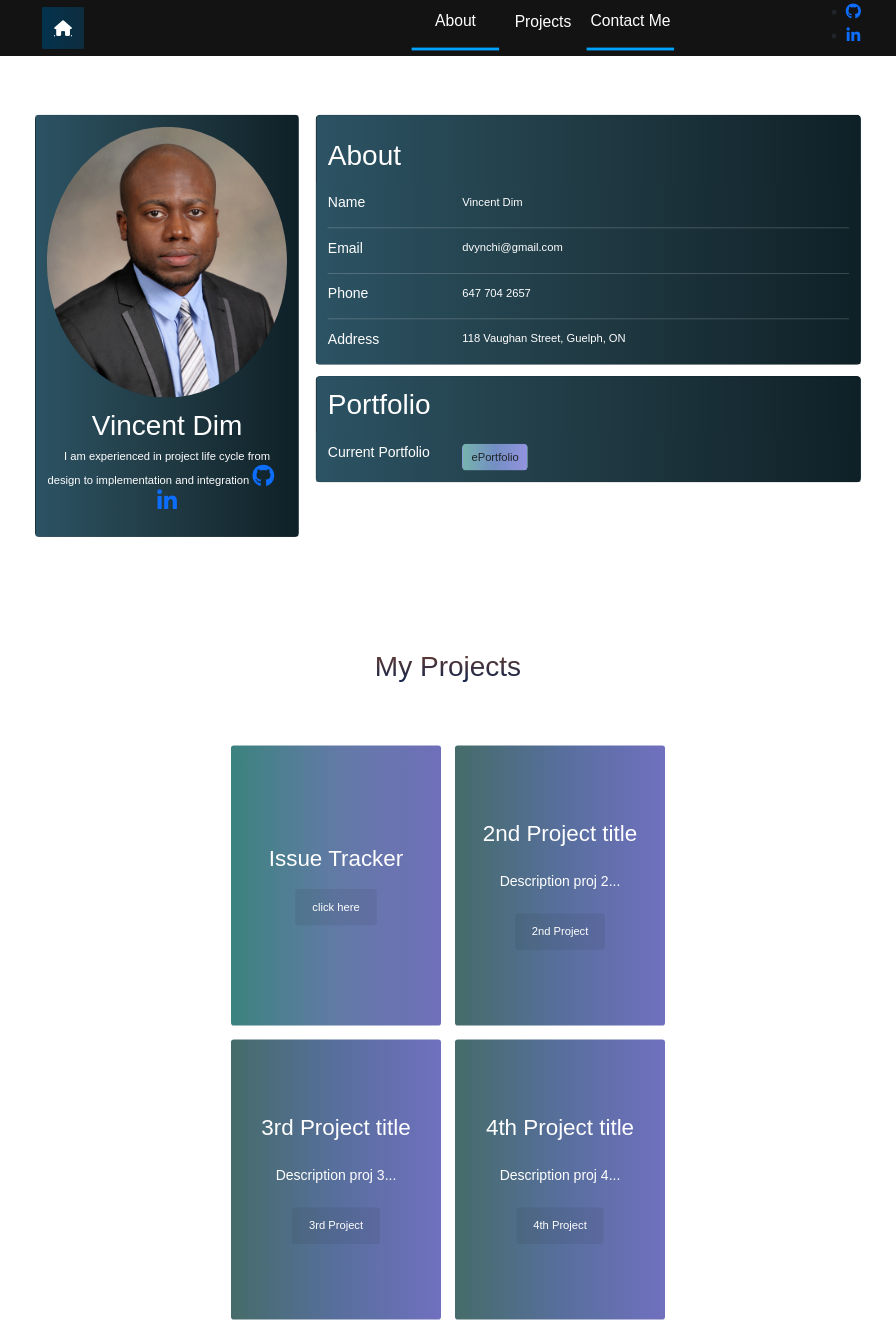
Repository: dvynchi/profile-2022
Page: index.html
The author's editor kept a copy of each file at every save. The page is drawn from the files as they stood at one save, then again after the next save.
The browser window is 1280 px wide. The pictures show the part of the page from y = 0 to 1920 px (the page is 2687 px tall), at 70% of full size.
Some web libraries are served in a nearby version.

Above is the page before, as saved 2022-08-23 14:31:36.

### index.html
<!DOCTYPE html>
<html lang="en">
<head>
    <meta charset="UTF-8">
    <meta http-equiv="X-UA-Compatible" content="IE=edge">
    <meta name="viewport" content="width=device-width, initial-scale=1.0">
    <title>Vincent Dim</title>
    <!-- embed remote icon library -->
    <script src="https://kit.fontawesome.com/f634dfbd28.js" crossorigin="anonymous"></script>
    <link rel="stylesheet" href="styles.css">
    <!-- embed remote style sheet - bootstrap -->
    <link rel="stylesheet" href="https://cdn.jsdelivr.net/npm/bootstrap@5.2.0/dist/css/bootstrap.min.css" rel="stylesheet" integrity="sha384-gH2yIJqKdNHPEq0n4Mqa/HGKIhSkIHeL5AyhkYV8i59U5AR6csBvApHHNl/vI1Bx" crossorigin="anonymous">
</head>

<body>

    <!-- Navbar Section -->

    <nav class="nav">
        <div class="navbar_container">
            <a href="#about" id="navbar_logo"><i class="fa fa-home fa" aria-hidden="true"></i></a>  <!--<a> is used to create hyperlink named color-->

                <!--create hamburger menu (3 bars)-->
            <div class="navbar_toggle" id="mobile-menu">
                <span class="bar"></span>
                <span class="bar"></span>
                <span class="bar"></span>
            </div>

            <!--CREATE NAV MENU-->
            <ul class="navbar_menu">
                <li class="navbar_item">
                    <a href="#about" class="navbar_links" id="about-page">About</a>
                </li>
                <li class="navbar_item">
                    <a href="#projects" class="navbar_links" id="projects-page">Projects</a>
                </li>
                <li class="navbar_item">
                    <a href="#contact" class="navbar_links" id="contact-page">Contact Me</a>
                </li>
            </ul>

            <!-- GitHub and Linkedin -->
            <ul class="icons">
                <li><a href="https://github.com/dvynchi/" class="github-icon"><span class="fa-brands fa-github"></span></a></li>
                <li><a href="https://www.linkedin.com/in/vincentdim/" class="linkedin-icon"><span class="fa-brands fa-linkedin-in"></span></a></li>
            </ul>
        </div>
    </nav>

    <!-- ABOUT and SIDEBAR -->
    <div class="main" id="about">
        <div class="main_container">
             <!-- SIDE BAR SECTION -->
             <div class="row">
                <div class="col-md-4 mt-1">
                    <div class="card text-center sidebar">
                        <div class="card-body">
                            <img src="./images/profile-pic-crop.png" class="rounded-circle" width="315" alt="profile picture">
                            <div class="mt-3">
                                <h3>Vincent Dim</h3>
                                <!-- <h2>Web Developer</h2> -->
                                <p> I am experienced in project life cycle from design to implementation and integration
                                    <a href="https://github.com/dvynchi/" class="github-icon"><span class="fa-brands fa-github fa-2x"></span></a>
                                    <a>&nbsp&nbsp&nbsp</a>
                                    <a href="https://www.linkedin.com/in/vincentdim/" class="linkedin-icon"><span class="fa-brands fa-linkedin-in fa-2x"></span></a>
                                </p>
                            </div>
                        </div>
                    </div>
                </div>
                <!-- ABOUT SECTION -->
                <div class="col-md-8 mt-1">
                    <div class="card mb-3 content">
                        <h1 class="m-3 pt-3">About</h1>
                        <div class="card-body">
                            <div class="row">
                                <div class="col-md-3"><h5>Name</h5></div>
                                <div class="col-md-9"> Vincent Dim </div>
                            </div>
                            <hr> <!-- line break -->

                            <div class="row">
                                <div class="col-md-3"><h5>Email</h5></div>
                                <div class="col-md-9"> dvynchi@gmail.com</div>
                            </div>
                            <hr> <!-- line break -->

                            <div class="row">
                                <div class="col-md-3"><h5>Phone</h5></div>
                                <div class="col-md-9">647 704 2657</div>
                            </div>
                            <hr> <!-- line break -->

                            <div class="row">
                                <div class="col-md-3"><h5>Address</h5></div>
                                <div class="col-md-9">118 Vaughan Street, Guelph, ON</div>
                            </div>
                        </div>
                    </div>

                    <div class="card mb-3 content">
                        <h1 class="m-3">Portfolio</h1>
                        <div class="card-body">
                            <div class="row">
                                <div class="col-md-3">
                                    <h5>Current Portfolio</h5>
                                </div>
                                <div class="col-md-9">
                                    <a class="btn" href="https://drive.google.com/file/d/1sKFhM-arx19VCDvBgE4qauaddv_2z7kX/view?usp=sharing" role="button">ePortfolio</a>
                                </div>
                            </div>
                        </div>
                    </div>
                </div>
            </div>
        </div>
    </div>


    <!-- PROJECTS SECTION (use image tag in place of p to insert an image)-->

    <div class="projects" id="projects">
        <h1>My Projects</h1>
        <div class="projects_wrapper">

            <div class="projects_card">
                <h2>Issue Tracker</h2>
                <!-- <p>Description proj 1...</p> -->
                <div class="projects_btn"><button onclick="location.href='https://dvynchi.github.io/issue-tracker/'" type="button">click here</button></div>
            </div>
            <!-- ------------------------- -->
            <div class="projects_card">
                <h2>2nd Project title</h2>
                <p>Description proj 2...</p>
                <div class="projects_btn"><button>2nd Project</button></div>
            </div>
            <!-- ------------------------- -->
            <div class="projects_card">
                <h2>3rd Project title</h2>
                <p>Description proj 3...</p>
                <div class="projects_btn"><button>3rd Project</button></div>
            </div>
            <!-- ------------------------- -->
            <div class="projects_card">
                <h2>4th Project title</h2>
                <p>Description proj 4...</p>
                <div class="projects_btn"><button>4th Project</button></div>
            </div>
        </div>
    </div>

    <!-- CONTACT SECTION (use image tag in place of p to insert an image)-->

    <div class="main" id="contact">
        <div class="main_container">
            <div class="main_content">
                <div class="container mt-5">
                    <h1>Contact Me</h1>
                    <!-- ----------- start grid (divide one row into cols)  Max container width is 12----------->
                    <!-- ----------- cols 1 + 2 = 100% , cols 3 + 4 = 100% ------->
                    <!-- ----------- 'required' ensures field must be filled --------->
                    <form class="row g-3" action="https://formsubmit.co/dvynchi@gmail.com" id="my_form"   method="POST">

                        <!-- Honeypot -->
                        <input type="text" name="_honey" style="display: none">
                        <!-- Success Page -->
                        <input type="hidden" name="_next" value="https://dvynchi.github.io/profile-2022/success.html">

                        <!-----------col1--medium column of 50% (ie: 6/12)--------->
                        <div class="col-md-6">
                            <label for="firstName" class="form-label">First Name</label>
                            <input type="text" class="form-control"  name="name" id="firstName" required>
                        </div>
                        <!---------------------col2 (ie: 6/12) ------------------------------>
                        <div class="col-md-6">
                            <label for="lastName" class="form-label">Last Name</label>
                            <input type="text" class="form-control" name="Last Name" id="lastName" required>
                        </div>
                        <!-- ---------------------- col3 wider (8/12) ----------------->
                        <div class="col-md-8">
                            <label for="emailInfo" class="form-label">Email</label>
                            <input type="email" class="form-control" name="email" id="emailInfo" required>
                        </div>
                        <!-- ---------------------- col4 wider (4/12) ----------------->
                        <div class="col-md-4">
                            <label for="phoneNumber" class="form-label">Phone</label>
                            <input type="text" class="form-control" name="phone" id="phoneNumber" placeholder="+1 (519) 123-4567">
                        </div>
                        <!-- -------- comments box is full width of the container ------>
                        <div class="col-md-12">
                            <label for="message" class="form-label">Message</label>
                            <textarea class="form-control" id="message" name="message" rows="3" required></textarea>
                        </div>
                        <!-- -------- Button ------>
                        <div class="col-md-12">
                            <!-- <button class="submit" id="btn btn-primary">Submit</button> -->
                            <!-- Had to use <a> so hover effect won't cover text. BUT THE FORM DOESN'T CLEAR-->
                            <button class="submit" id="btn btn-primary"><a> Submit</a></button>
                        </div>

                    </form>
                </div>
            </div>
        </div>
    </div>

    <!-- link app.js -->
    <!-- script tag is used to embed javascript-->
    <script src="app.js"></script>
</body>
</html>

### styles.css
* {
    box-sizing: border-box;
    margin: 0;
    padding: 0;
    font-family: 'Kumbh Sans', sans-serif;
    scroll-behavior: smooth;
}


/******************************************* NAV SECTION ***********************************************/
.nav {
    background: #131313;   /* Hex code */
    height: 80px;
    display: flex;
    justify-content: center;
    align-items: center;
    font-size: 1.4rem;        /* 1.4 * 16px */
    position: sticky;
    top: 0;
    z-index: 999;             /* so navbar is always on top when scrolling */
}

.navbar_container {
    display: flex;
    justify-content: space-between;
    text-align: center;
    height: 80px;
    z-index: 1;
    width: 100%;
    max-width: 1300px;
    margin: 0 auto ;           /* (top and bottom) (left and right) */
    padding: 0 50px;
}


/* id(#) is used to style only one element on the webpage */
/* class(.) is used to style multiple elements */


/* I added an icon as opposed to text */

#navbar_logo {
    margin: 10px;
    height: 60px;
    width: 60px;
    border-radius: 2px;
    display: flex;
    flex-direction: column;
    justify-content: center;
    color: #fff;
    background-image: linear-gradient(to right, #03324e 0%, #0e2d3e 100%);
}

.navbar_menu {
    display: flex;
    align-items: center;
    list-style: none;
}

.navbar_item {
    height: 80px;
}

.navbar_links {
    color: #fff;
    display: flex;
    align-items: center;
    justify-content: center;
    width: 125px;
    text-decoration: none;
    height: 100%;
    transition: all 0.3s ease;
}

/*Home icon properties*/
.navbar_btn {
    display: flex;
    justify-content: center;
    align-items: center;
    padding: 0 1rem;                         /* top bottom, left right */
    width: 100%;
}

/* nav links glow upon hover */
.navbar_links:hover {
    color:#1176b9;
    transition: all 0.3s ease;
}

/* RESPONSIVENESS */
/* site adjusts width of display */
/* If [device width] is less than or equal to max-width do {..} */

@media screen and (max-width: 960px) {
    .navbar_container {
        display: flex;
        justify-content: space-between;
        height: 80px;
        z-index: 1;
        width: 100%;
        max-width: 1300px;
        padding: 0;
    }

    /* DROPDOWN PROPERTIES */
    .navbar_menu {
        display: grid;
        grid-template-columns: auto;
        margin: 0;
        width: 100%;
        position: absolute;
        top: -1000px;               /* Prevents navbar from clustering together if page is below max-width. Must be used with position absolute */
        opacity: 1;
        transition: all 0.5s ease;
        z-index: -1;
    }

    .navbar_menu.active {
        background: #131313;
        top: 100%;
        opacity: 1;
        transition: all 0.5s ease;
        z-index: 99;
        height: 40vh;
        font-size: 1.6rem;
    }

    #navbar_logo {
        padding-left: 1px;       /* home button - originally 25px */
    }

    /* HAMBURGER SECTION */

    .navbar_toggle .bar {
        width: 25px;
        height: 3px;
        margin: 5px auto;
        transition: all 0.3s ease-in-out;
        background: #fff;
    }

    .navbar_item {
        width: 100%;
    }

    .navbar_links {
        text-align: center;
        padding: 2rem;
        width: 100%;
        display: table;
    }

    .navbar_btn  {
        padding-bottom: 2rem;
    }

    /* HAMBURGER */

    #mobile-menu  {
        position: absolute;
        top: 20%;
        right: 5%;
        transform: translate(5%, 20%);
    }

    .navbar_toggle .bar {
        display: block;
        cursor: pointer;
    }

    /* hamburger menu animation (see app.js) */
    /* hamburger menu id was defined as 'mobile-menu' in index.html */
    /* rotate bars 1,3; but hide bar 2 */

    #mobile-menu.is-active .bar:nth-child(2)  {
        opacity: 0;
    }
    #mobile-menu.is-active .bar:nth-child(1) {
        transform: translateY(8px) rotate(45deg);
    }
    #mobile-menu.is-active .bar:nth-child(3) {
        transform: translateY(-8px) rotate(-45deg);
    }

}


/* SCROLL ATTRIBUTE - line under nav links*/
.highlight {
    border-bottom: 4px solid rgb(0, 162, 255);
}


/******************************************* SIDEBAR ***********************************************/

.card-body {
    background: #0F2027;
    background: -webkit-linear-gradient(to right, #2C5364, #203A43, #0F2027);
    background: linear-gradient(to right, #2C5364, #203A43, #0F2027);
    height: 100%;
}

.card-body h2, .card-body h3, .card-body p {
    color: #fff;
}

/******************************************* ABOUT SECTION ***********************************************/

.main {
    background-color:  white;
    padding: 5rem 0;                        /* was 10rem, but too much space */
}

.main_container {
    display: grid;
    grid-template-columns: 1fr;      /*original was 1fr 1fr - split into two halves but not enough space */
    align-items: center;
    justify-content: center;
    margin: 0 auto;
    height: 90%;
    z-index: 1;
    width: 100%;
    max-width: 1300px;
    padding: 0 50px;
}

.main_container h3 {
    font-size: 2.5rem;
}

.row {
    color: #fff;
}

.card {
    background: -webkit-linear-gradient(to right, #2C5364, #203A43, #0F2027);
    background: linear-gradient(to right, #2C5364, #203A43, #0F2027);
}


/* Mobile Responsiveness for Sidebar, About and Contact Sections */

@media screen and (max-width: 1300px) {
    main_container
    {
        display: grid;
        grid-template-columns: 1fr;
        align-items: center;
        justify-content: center;
        width: 100%;
        margin: 0 auto;
        height: 90%;
    }

    .main_content  {
        text-align: center;
        margin-bottom: 4rem;
    }

    .main_content h1  {
        font-size: 2.5rem;
        margin-top: 2rem;
    }

    .main_content h2  {
        font-size: 2.5rem;
    }

    .main_content p  {
        font-size: 1rem;
        margin-top: 1.5rem;
    }

    .row img {                                       /* center image with screen change */
        display: grid;
        grid-template-columns: 1fr;
        align-items: center;
        justify-content: center;
        width: 100%;
        margin: 0 auto;
        height: 90%;

    }
}


/******************************************* PROJECTS SECTION ***********************************************/

.projects {
    background: white;
    display: flex;
    flex-direction: column;
    justify-content: center;
    align-items: center;
    height: 100%;
    padding: 5rem 0;                                 /* was 10rem, but too much space */
  }

.projects h1 {
    background-color: #6325a1;
    background-image: linear-gradient(to top, #10234c 0%, #724030 100%);
    background-size: 100%;
    -webkit-background-clip: text;
    -moz-background-clip: text;
    -webkit-text-fill-color: transparent;
    -moz-text-fill-color: transparent;
    margin-bottom: 5rem;
    font-size: 2.5rem;
}

.projects_wrapper {
    display: grid;
    grid-template-columns: 1fr 1fr;     /* add more per new project */
    grid-template-rows: 1fr;
}

/* Add color to each project card */

.projects_card {
    margin: 10px;
    height: 400px;
    width: 300px;
    border-radius: 4px;
    display: flex;
    flex-direction: column;
    justify-content: center;
    color: #fff;
    background-image: linear-gradient(to right,#3b837e, #627aa6, #6f6fb9);
    transition: 0.3s ease-in;
}

.projects_card:nth-child(2) {
    background: #7F7FD5;  /* fallback for old browsers */
    background: -webkit-linear-gradient(to right, #3b837e, #627aa6, #6f6fb9);
    background: linear-gradient(to right, #456c69, #576f9c, #7070bf);
}

.projects_card:nth-child(3) {
    background: #7F7FD5;  /* fallback for old browsers */
    background: -webkit-linear-gradient(to right, #3b837e, #627aa6, #6f6fb9);
    background: linear-gradient(to right, #456c69, #576f9c, #7070bf);
}

.projects_card:nth-child(4) {
    background: #7F7FD5;
    background: -webkit-linear-gradient(to right, #3b837e, #627aa6, #6f6fb9);
    background: linear-gradient(to right, #456c69, #576f9c, #7070bf);
}

.projects_card:nth-child(5) {
    background: #7F7FD5;
    background: -webkit-linear-gradient(to right, #3b837e, #627aa6, #6f6fb9);
    background: linear-gradient(to right, #456c69, #576f9c, #7070bf);
}

.projects_card:nth-child(6) {
    background: #7F7FD5;
    background: -webkit-linear-gradient(to right, #3b837e, #627aa6, #6f6fb9);
    background: linear-gradient(to right, #456c69, #576f9c, #7070bf);
}

.projects_card h2 {
    text-align: center;
}

.projects_card h3 {
    text-align: center;
}

.projects_card p {
    text-align: center;
    margin-top: 24px;
    font-size: 20px;
}

.projects_btn {
    display: flex;
    justify-content: center;
    margin-top: 16px;
}

/* button properties and animation. The entire card is the button */

.projects_card button {
    color: #fff;
    padding: 14px 24px;
    border: none;
    outline: none;
    border-radius: 4px;
    background: #13131313;
    font-size: 1rem;
}

.projects_card button:hover {
    cursor: pointer;
}

.projects_card:hover {
    transform: scale(1.075);
    transition: 0.3s ease-in;
    cursor: pointer;
}

/* split cards into grid at specified browser width */

@media screen and (max-width: 1300px) {
    .projects_wrapper {
        grid-template-columns: 1fr 1fr;
    }
}

@media screen and (max-width: 768px) {
    .projects_wrapper {
        grid-template-columns: 1fr;
    }
}

/******************************************* CONTACT SECTION ***********************************************/


.main_content {
    text-align: center;
    margin-bottom: 4rem;
}

.main_content h1 {
    font-size: 2.5rem;
    margin-top: 2rem;
}

.main_content h2 {
    font-size: 2.5rem;
}

.main_content p {
    font-size: 1rem;
    margin-top: 1.5rem;
}


.submit {
    font-size: 1.5rem;
    background: #7F7FD5;
    background: -webkit-linear-gradient(to right, #3b837e, #627aa6, #6f6fb9);
    background: linear-gradient(to right, #456c69, #576f9c, #7070bf);
    padding: 5px 15px;
    border: none;
    outline: none;
    border-radius: 4px;
    margin-top: 2rem;
    cursor: pointer;
    position: relative;
    color: rgb(234, 216, 216);
    transition: all 0.3s ease;
    outline: none;
}

.submit a {
    position: relative;
    z-index: 2;
    color: #fff;
    text-decoration: none;
}

/* hover effect for button */
.submit::after {
    position: absolute;
    content: '';
    top: 0;
    left: 0;
    width: 0;
    height: 100%;
    background: #740274;
    transition: all 0.35s;
    border-radius: 4px;
}

.submit:hover {
    color: rgb(255, 255, 255);
}

.submit:hover:after {
    width: 100%;
}

/* ePortfolio button */

.btn {
    font-size: 10rem;
    background: #7F7FD5;
    background: -webkit-linear-gradient(to right, #75cec8, #91acdc, #8c8cdb);
    background: linear-gradient(to right, #77b3ae, #738fc3, #9393df);
    padding: 5px 15px;
    border: none;
    outline: none;
    border-radius: 4px;
    cursor: pointer;
    position: relative;
    color: rgb(234, 216, 216);
    transition: all 0.3s ease-in;
}

Loaded but not shown: app.js (65 lines, source omitted)

After the next save:
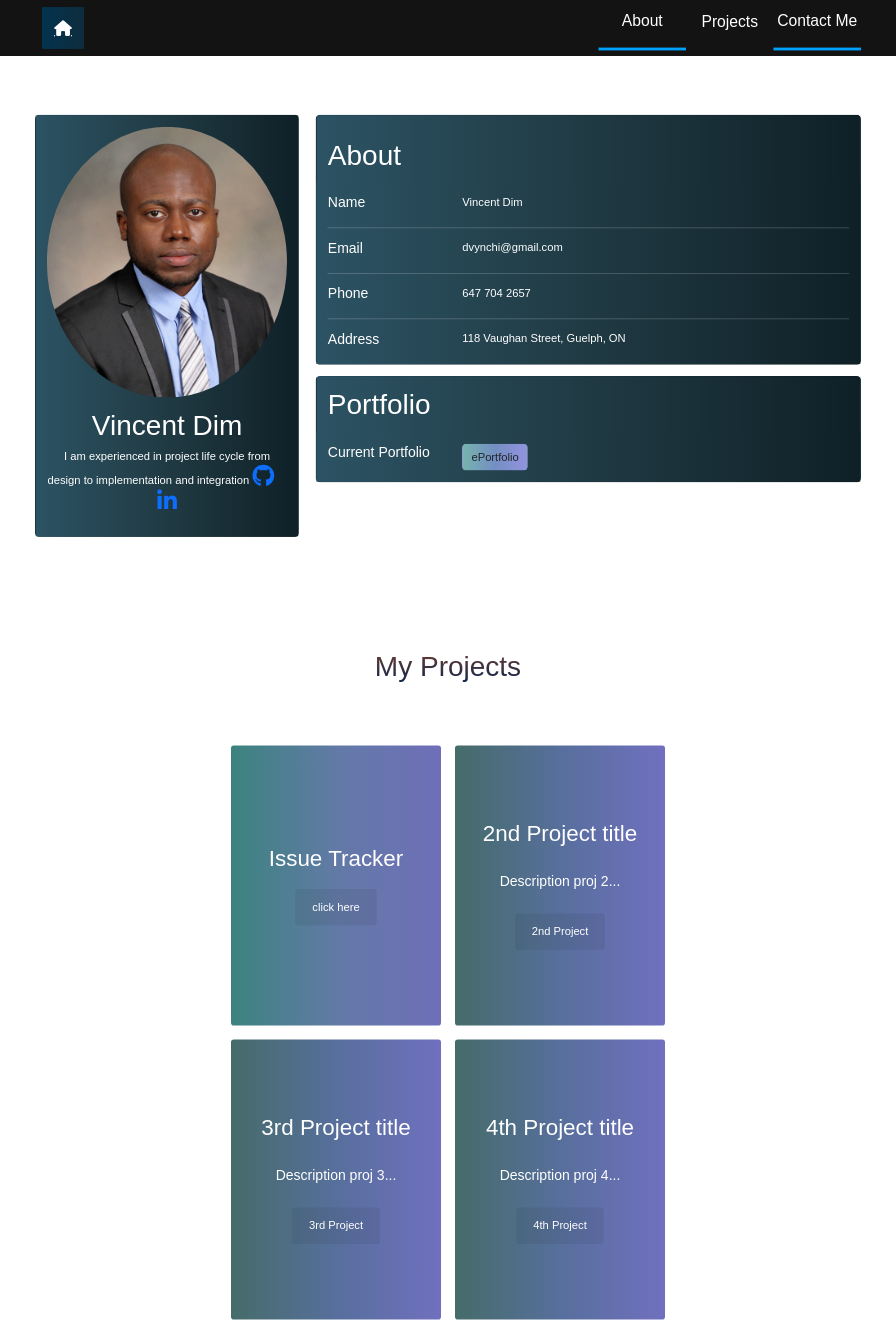
Saved 83 s later.
--- a/index.html
+++ b/index.html
@@ -41,10 +41,10 @@
             </ul>
 
             <!-- GitHub and Linkedin -->
-            <ul class="icons">
+            <!-- <ul class="icons">
                 <li><a href="https://github.com/dvynchi/" class="github-icon"><span class="fa-brands fa-github"></span></a></li>
                 <li><a href="https://www.linkedin.com/in/vincentdim/" class="linkedin-icon"><span class="fa-brands fa-linkedin-in"></span></a></li>
-            </ul>
+            </ul> -->
         </div>
     </nav>
 
